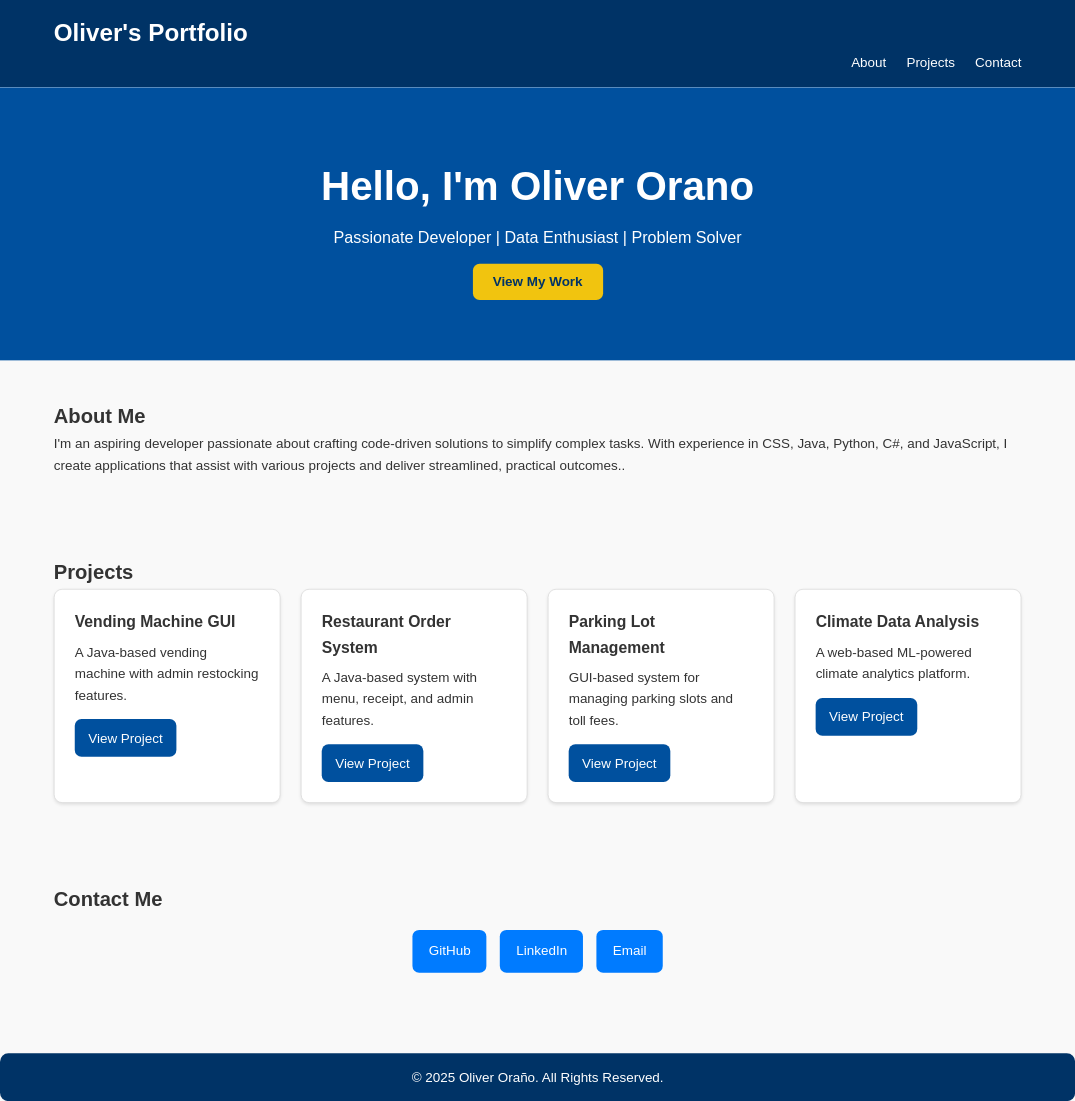
Repository: nightmar3fuel/portfolio.html
Page: my.html
An editor plug-in stored every save of this project. The page is shown before and after the next save, followed by the edit.
The browser window is 1280 px wide. The pictures show the whole page, at 84% of full size.

Above is the page before, as saved 2025-02-06 14:41:25.

### my.html
<!DOCTYPE html>
<html lang="en">

<head>
    <meta charset="UTF-8">
    <meta name="viewport" content="width=device-width, initial-scale=1.0">
    <title>Your Portfolio</title>
    <link rel="stylesheet" href="styles.css">
</head>

<body>
    <header>
        <nav class="navbar">
            <div class="container">
                <h1 class="logo">Oliver's Portfolio</h1>
                <ul class="nav-links">
                    <li><a href="#about">About</a></li>
                    <li><a href="#projects">Projects</a></li>
                    <li><a href="#contact">Contact</a></li>
                </ul>
            </div>
        </nav>
    </header>

    <section id="hero">
        <div class="hero-container">
            <h2>Hello, I'm Oliver Orano</h2>
            <p>Passionate Developer | Data Enthusiast | Problem Solver</p>
            <a href="#projects" class="cta-button">View My Work</a>
        </div>
    </section>

    <section id="about">
        <div class="container">
            <h2>About Me</h2>
            <p>I'm an aspiring developer passionate about crafting code-driven solutions to simplify complex tasks. With experience in CSS, Java, Python, C#, and JavaScript, I create applications that assist with various projects and deliver streamlined,
                practical outcomes..</p>
        </div>
    </section>

    <section id="projects">
        <div class="container">
            <h2>Projects</h2>
            <div class="project-grid">
                <div class="project-card">
                    <h3>Vending Machine GUI</h3>
                    <p>A Java-based vending machine with admin restocking features.</p>
                    <a href="#" target="_blank" class="project-link">View Project</a>
                </div>
                <div class="project-card">
                    <h3>Restaurant Order System</h3>
                    <p>A Java-based system with menu, receipt, and admin features.</p>
                    <a href="#" target="_blank" class="project-link">View Project</a>
                </div>
                <div class="project-card">
                    <h3>Parking Lot Management</h3>
                    <p>GUI-based system for managing parking slots and toll fees.</p>
                    <a href="#" target="_blank" class="project-link">View Project</a>
                </div>
                <div class="project-card">
                    <h3>Climate Data Analysis</h3>
                    <p>A web-based ML-powered climate analytics platform.</p>
                    <a href="#" target="_blank" class="project-link">View Project</a>
                </div>
            </div>
        </div>
    </section>

    <section id="contact">
        <div class="container">
            <h2>Contact Me</h2>
            <div class="contact-links">
                <a href="https://github.com/nightmar3fuel" target="_blank">GitHub</a>
                <a href="https://linkedin.com/in/yourlinkedin" target="_blank">LinkedIn</a>
                <a href="mailto:oliverorano141@gmail.com">Email</a>
            </div>
        </div>
    </section>

    <footer>
        <p>&copy; 2025 Oliver Oraño. All Rights Reserved.</p>
    </footer>

</body>

</html>

### styles.css
/* General Reset */

* {
    margin: 0;
    padding: 0;
    box-sizing: border-box;
}

body {
    font-family: 'Arial', sans-serif;
    background-color: #f9f9f9;
    color: #333;
    line-height: 1.6;
}


/* Navbar */

.navbar {
    background-color: #003366;
    color: white;
    padding: 1rem 0;
    position: sticky;
    top: 0;
    z-index: 1000;
}

.container {
    max-width: 1200px;
    margin: 0 auto;
    padding: 0 1.5rem;
}

.navbar .logo {
    font-size: 1.8rem;
    font-weight: bold;
}

.nav-links {
    list-style: none;
    display: flex;
    justify-content: flex-end;
}

.nav-links li {
    margin-left: 1.5rem;
}

.nav-links a {
    color: white;
    text-decoration: none;
    font-size: 1rem;
    transition: color 0.3s;
}

.nav-links a:hover {
    color: #f1c40f;
}


/* Hero Section */

#hero {
    background-color: #00509e;
    color: white;
    padding: 5rem 0;
    text-align: center;
}

.hero-container h2 {
    font-size: 3rem;
    margin-bottom: 0.5rem;
}

.hero-container p {
    font-size: 1.2rem;
    margin-bottom: 1.5rem;
}

.cta-button {
    background-color: #f1c40f;
    color: #003366;
    padding: 0.8rem 1.5rem;
    text-decoration: none;
    font-weight: bold;
    border-radius: 8px;
    transition: background-color 0.3s;
}

.cta-button:hover {
    background-color: #003366;
    color: white;
}


/* Section Styling */

section {
    padding: 3rem 0;
}


/* Project Section */

.project-grid {
    display: grid;
    grid-template-columns: repeat(auto-fit, minmax(250px, 1fr));
    gap: 1.5rem;
}

.project-card {
    background: white;
    padding: 1.5rem;
    border: 1px solid #ddd;
    border-radius: 10px;
    box-shadow: 0 2px 4px rgba(0, 0, 0, 0.1);
    transition: transform 0.2s, box-shadow 0.2s;
}

.project-card:hover {
    transform: translateY(-5px);
    box-shadow: 0 4px 8px rgba(0, 0, 0, 0.2);
}

.project-card h3 {
    margin-bottom: 0.5rem;
}

.project-card p {
    margin-bottom: 1rem;
}

.project-link {
    text-decoration: none;
    background-color: #00509e;
    color: white;
    padding: 0.6rem 1rem;
    border-radius: 8px;
    display: inline-block;
    transition: background-color 0.3s;
}

.project-link:hover {
    background-color: #003366;
}


/* Contact Section */

.contact-links {
    display: flex;
    justify-content: center;
    gap: 1rem;
    margin-top: 1rem;
}

.contact-links a {
    text-decoration: none;
    background-color: #007BFF;
    color: white;
    padding: 0.8rem 1.2rem;
    border-radius: 8px;
    transition: background-color 0.2s;
}

.contact-links a:hover {
    background-color: #0056b3;
}


/* Footer */

footer {
    background-color: #003366;
    color: white;
    text-align: center;
    padding: 1rem 0;
    margin-top: 3rem;
    border-radius: 10px;
}

After the next save:
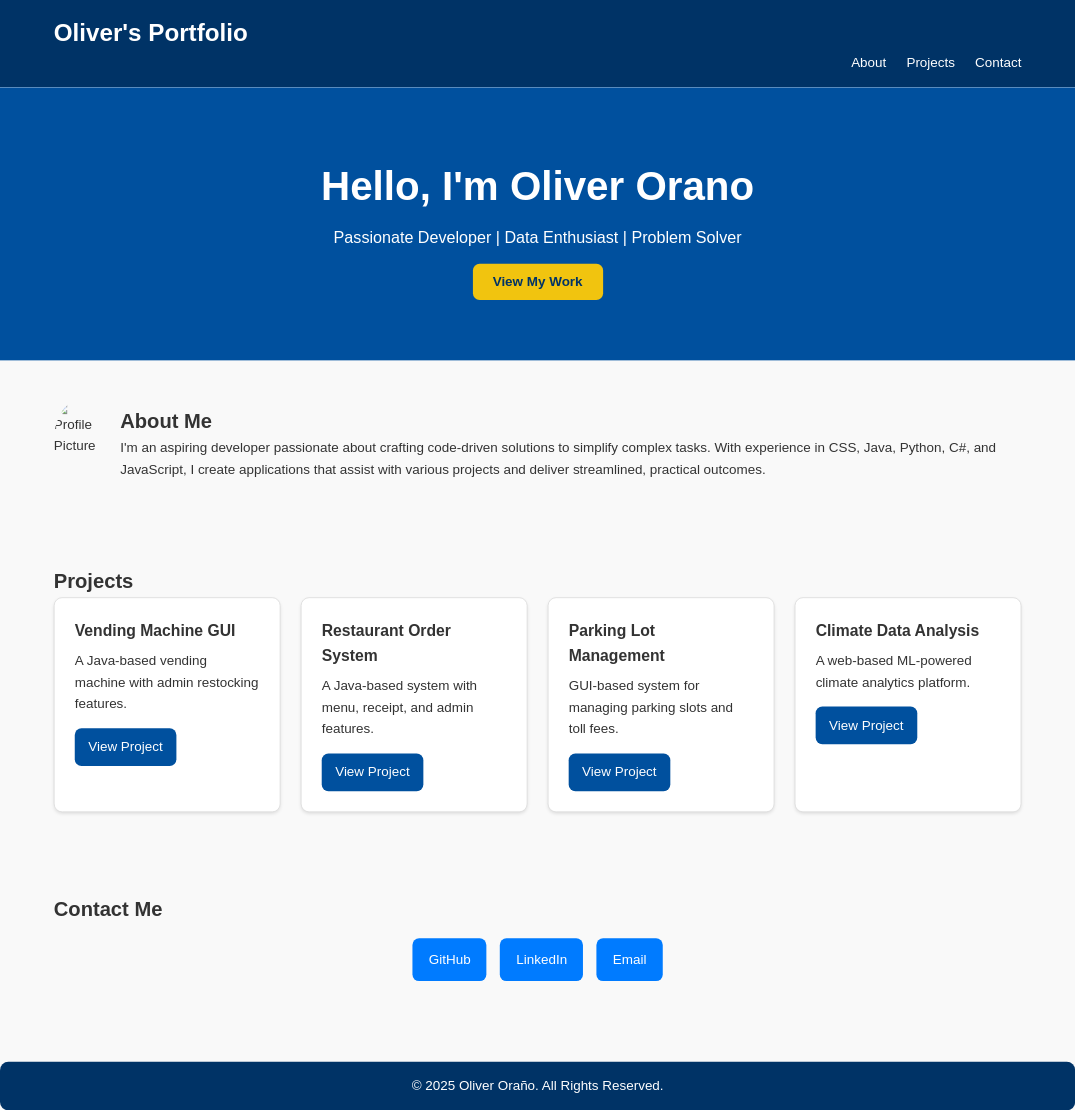
Not found: images/profile.jpg
Saved 3 min 59 s later.
--- a/my.html
+++ b/my.html
@@ -31,12 +31,16 @@
     </section>
 
     <section id="about">
-        <div class="container">
-            <h2>About Me</h2>
-            <p>I'm an aspiring developer passionate about crafting code-driven solutions to simplify complex tasks. With experience in CSS, Java, Python, C#, and JavaScript, I create applications that assist with various projects and deliver streamlined,
-                practical outcomes..</p>
+        <div class="container about-container">
+            <img src="images/profile.jpg" alt="Profile Picture" class="profile-pic">
+            <div>
+                <h2>About Me</h2>
+                <p>I'm an aspiring developer passionate about crafting code-driven solutions to simplify complex tasks. With experience in CSS, Java, Python, C#, and JavaScript, I create applications that assist with various projects and deliver streamlined,
+                    practical outcomes.</p>
+            </div>
         </div>
     </section>
+
 
     <section id="projects">
         <div class="container">
--- a/styles.css
+++ b/styles.css
@@ -178,3 +178,29 @@ footer {
     margin-top: 3rem;
     border-radius: 10px;
 }
+
+.about-container {
+    display: flex;
+    align-items: center;
+    gap: 20px;
+}
+
+.profile-pic {
+    width: 100px;
+    /* Adjust size as needed */
+    height: 100px;
+    border-radius: 50%;
+    /* Makes it round */
+    object-fit: cover;
+}
+
+@media (max-width: 768px) {
+    .about-container {
+        flex-direction: column;
+        text-align: center;
+    }
+    .profile-pic {
+        width: 80px;
+        height: 80px;
+    }
+}

After the save that followed:
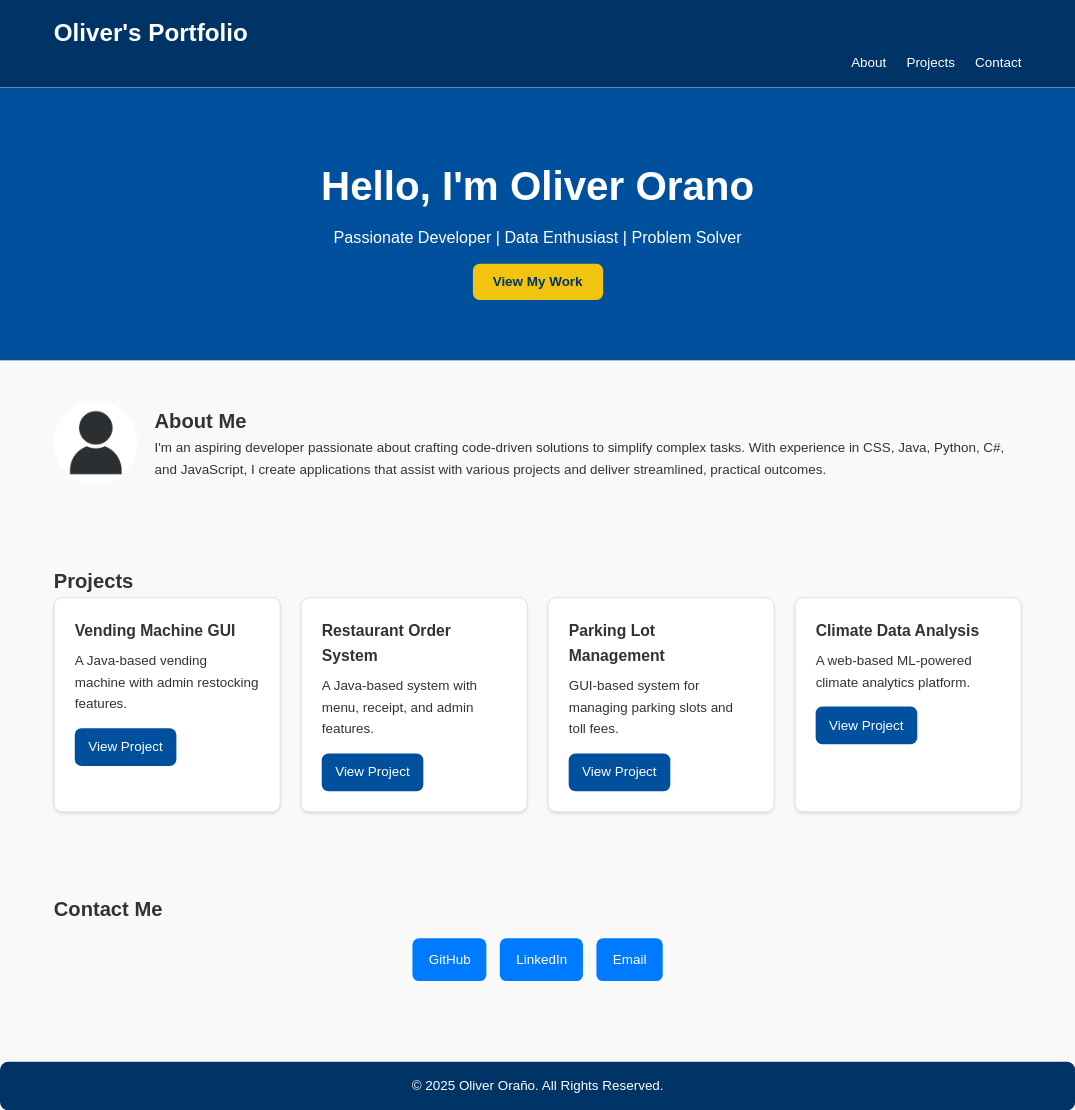
Saved 65 s later.
--- a/my.html
+++ b/my.html
@@ -32,7 +32,7 @@
 
     <section id="about">
         <div class="container about-container">
-            <img src="images/profile.jpg" alt="Profile Picture" class="profile-pic">
+            <img src="human.jpg" alt="Profile Picture" class="profile-pic">
             <div>
                 <h2>About Me</h2>
                 <p>I'm an aspiring developer passionate about crafting code-driven solutions to simplify complex tasks. With experience in CSS, Java, Python, C#, and JavaScript, I create applications that assist with various projects and deliver streamlined,
